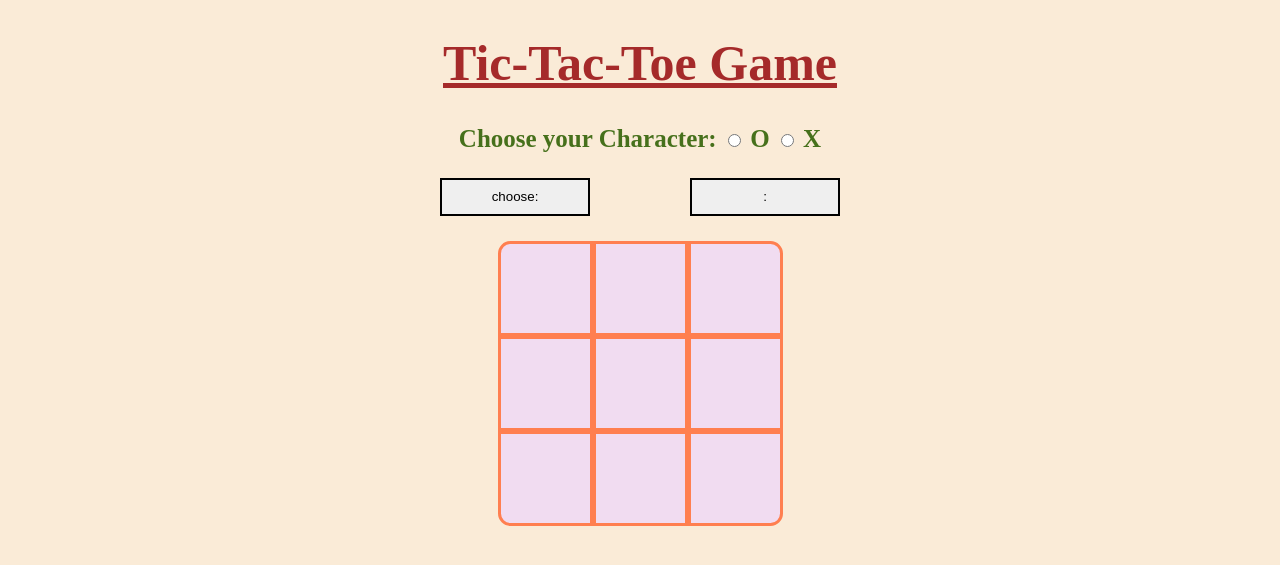
Repository: 0101chaitanya/Tic-Tac-Toe
Page: index.html
The author's editor kept a copy of each file at every save. The page is drawn from the files as they stood at one save, then again after the next save.
The browser window is 1280 px wide. The pictures show the whole page.

Above is the page before, as saved 2021-06-12 13:57:27.

### index.html
<!DOCTYPE html>
<html>

<head>
    <meta charset="utf-8">
    <title>Tic-Tac-Toe Game</title>
    <meta name="viewport" content="width=device-width, initial-scale=1">

    <link rel="stylesheet" href="styles.css">
</head>

<body>
    <div id='block1'>
        <h1 id="heading">Tic-Tac-Toe Game</h1>
        <form id='form'>
            Choose your Character:
            <input value="O" name="radio" onclick="eventFun.setUser(this)" type="radio">
            <label for="O">O</label>
            <input value="X" name="radio" onclick="eventFun.setUser(this)" type="radio">
            <label for="X">X</label>

        </form>
        <div id="player">
            <button id='p1' type='text' placeholder='Player1'>choose:
                <button id='p2' type='text' placeholder='Player2'>:
        </div>

        <form id="gameSquare">
            <section id="row1">
                <div id="r1Column1"></div>
                <div id="rlColumn2"></div>
                <div id="rlColumn3"></div>
            </section>
            <section id="row2">
                <div id="r2Column1"></div>
                <div id="r2Column2"></div>
                <div id="r2Column3"></div>
            </section>
            <section id="row3">
                <div id="r3Column1"></div>
                <div id="r3Column2"></div>
                <div id="r3Column3"></div>
            </section>
        </form>
    </div>
    <div id="ResultBox">
        <span id="closebtn">&times;</span>
        <strong id="resultOut"></strong>
    </div>

</body>
<script type="text/javascript" src="script.js"></script>

</html>

### styles.css
:root {
    text-align: center;
    font-weight: bold;
}

* {
    box-sizing: border-box;
}

@media screen and (max-width: 400px) {
     :root {
        font-size: 14px;
    }
}

@media screen and (min-width: 401px) and (max-width: 700px) {
     :root {
        font-size: 18px;
    }
}

@media screen and (min-width: 701px) {
     :root {
        font-size: 25px;
    }
}

body {
    color: rgb(70, 112, 27);
    background: antiquewhite;
    font-weight: bold;
}

h1 {
    color: brown;
    text-decoration: underline;
    text-decoration-style: solid;
}

label>input {
    color: red;
    border: 1px solid;
}

#player {
    margin: 1rem auto 1rem auto;
    display: flexbo;
}

#player>button {
    margin: auto 2rem auto 2rem;
    width: 6rem;
    height: 1.5rem;
    border: 0.1rem solid;
}

#gameSquare {
    width: min-content;
    height: min-content;
    display: block;
    margin: auto;
}

#gameSquare>section:nth-child(n) {
    /* border-style: solid;
     */
    width: min-content;
    height: min-content;
    display: flex;
    justify-content: center;
    align-items: center;
}

#gameSquare>section:nth-child(n)>div:nth-child(n) {
    display: flex;
    margin: auto;
    width: 3.8rem;
    height: 3.8rem;
    border-style: solid;
    border-width: 0.15rem;
    justify-content: center;
    align-items: center;
    font-size: 1.8rem;
    color: coral;
    background-color: rgb(241, 220, 241);
}

#gameSquare>section:nth-child(1)>div:nth-child(1) {
    border-top-left-radius: 0.5rem;
}

#gameSquare>section:nth-child(1)>div:nth-child(3) {
    border-top-right-radius: 0.5rem;
}

#gameSquare>section:nth-child(3)>div:nth-child(1) {
    border-bottom-left-radius: 0.5rem;
}

#gameSquare>section:nth-child(3)>div:nth-child(3) {
    border-bottom-right-radius: 0.5rem;
}

#ResultBox {
    height: fit-content;
    width: 13rem;
    display: none;
    margin-left: auto;
    margin-right: auto;
    margin-top: 3rem;
    position: relative;
    top: -12rem;
    border-color: rgb(162, 162, 192);
    background-color: rgb(15, 44, 138);
    color: white;
    opacity: 1;
    transition: opacity 0.6s;
    margin-bottom: 15px;
    border-radius: 1rem;
    padding: 1rem;
    text-align: center;
}

#resultOut {
    color: #f0e0e4;
    font-weight: bold;
}

#closebtn {
    margin-left: 15px;
    color: white;
    font-weight: bold;
    float: right;
    font-size: 22px;
    line-height: 20px;
    cursor: pointer;
    transition: 0.3s;
}

#closebtn:hover {
    color: rgb(38, 170, 82);
}

#player>div:nth-child(1)>input {
    color: aqua;
}

### script.js
"use strict";

let eventFun = (function() {
    let user1Selection, user2Selection, runningCharacter;
    document.getElementById('p1').textContent += ` `;
    document.getElementById('p2').textContent += ` `;

    let runningNumber,
        result;
    let newArray;
    let count;

    let horizontalArray;
    let verticalArray;
    let diagonalArray;
    let array;


    function setUser(given) {
        localStorage.setItem("user1", given.value);

        document.querySelector(`#form`).submit();
    }

    function init() {
        runningNumber = 0;
        user1Selection = localStorage.getItem("user1");
        user2Selection =
            user1Selection != null ? (user1Selection === "X" ? "O" : "X") : null;
        runningCharacter = user1Selection;

        document.getElementById('p1').textContent += ` ` + user1Selection || ' ';
        document.getElementById('p2').textContent += ` ` + user2Selection || ' ';
        array = Array.from(
            document.getElementById("gameSquare").querySelectorAll("div")
        );
        newArray = Array(array.length).fill();
        count = 0;

        horizontalArray = undefined;
        verticalArray = undefined;
        diagonalArray = undefined;
        eventListen();
    }

    if (localStorage.getItem("user1") !== null) {
        init();
    }


    function switchRunChar() {
        runningCharacter = runningCharacter === "O" ? "X" : "O";
        runningNumber = runningNumber === 0 ? 1 : 0;
    }

    function arrayCreator(index, incrementer) {
        return [
            newArray[index],
            newArray[index + incrementer],
            newArray[index + 2 * incrementer],
        ];
    }

    function parser(arrayInput) {
        let arr = arrayInput.map((item, index) => {
            let res = item.reduce((stack, item) => {
                stack += item;
                return stack;
            });
            return res;
        });
        return arr;
    }

    function send(input) {
        let block1 = document.getElementById('block1');
        block1.style.filter = 'blur(0.5rem)';
        document.getElementById('ResultBox').style.display = 'block';
        document.getElementById('resultOut').textContent = input;
        let close = document.getElementById('closebtn');
        close.onclick = function() {
            localStorage.clear();
            //  init();
            document.getElementById('gameSquare').submit();
            let div = this.parentElement;
            div.style.opacity = '0';
            setTimeout(function() {
                document.getElementById('ResultBox').style.display = 'none';
                block1.style.filter = 'blur(0.0rem)';

            }, 60);
        };

    }

    function check(input) {
        input.forEach((item) => {
            if (item === 3) {
                result = item;
                send("Player 2 won");
            } else if (item === 0) {
                result = item;
                send("Player 1 won");
            }
        });
    }

    function checkWin() {
        horizontalArray = [
            arrayCreator(0, 1),
            arrayCreator(3, 1),
            arrayCreator(6, 1),
        ];
        verticalArray = [
            arrayCreator(0, 3),
            arrayCreator(1, 3),
            arrayCreator(2, 3),
        ];
        diagonalArray = [arrayCreator(0, 4), arrayCreator(2, 2)];

        let horizontalParsed = parser(horizontalArray);
        let verticalParsed = parser(verticalArray);

        let diagonalParsed = parser(diagonalArray);
        check(horizontalParsed);
        check(verticalParsed);
        check(diagonalParsed);

        if (count == 8) {
            console.table(horizontalArray, verticalArray, diagonalArray);
            console.table({
                horizontalParsed: horizontalParsed,
                verticalParsed: verticalParsed,
                diagonalParsed: diagonalParsed,
            });
            console.table(newArray);
            if (result == undefined) {
                send("draw");
            }
        }
    }

    let setOutput = function(e, index) {
        e.target.textContent = runningCharacter;
        e.target.removeEventListener("click", (e) => setOutput(e));
        newArray.splice(index, 1, runningNumber);
        switchRunChar();
        checkWin();

        count++;
    };

    function eventListen() {
        array.forEach((item, index) => {
            item.textContent = "";
            item.addEventListener("click", (e) => setOutput(e, index), { once: true });
        });
    }
    return { setUser };
})();

After the next save:
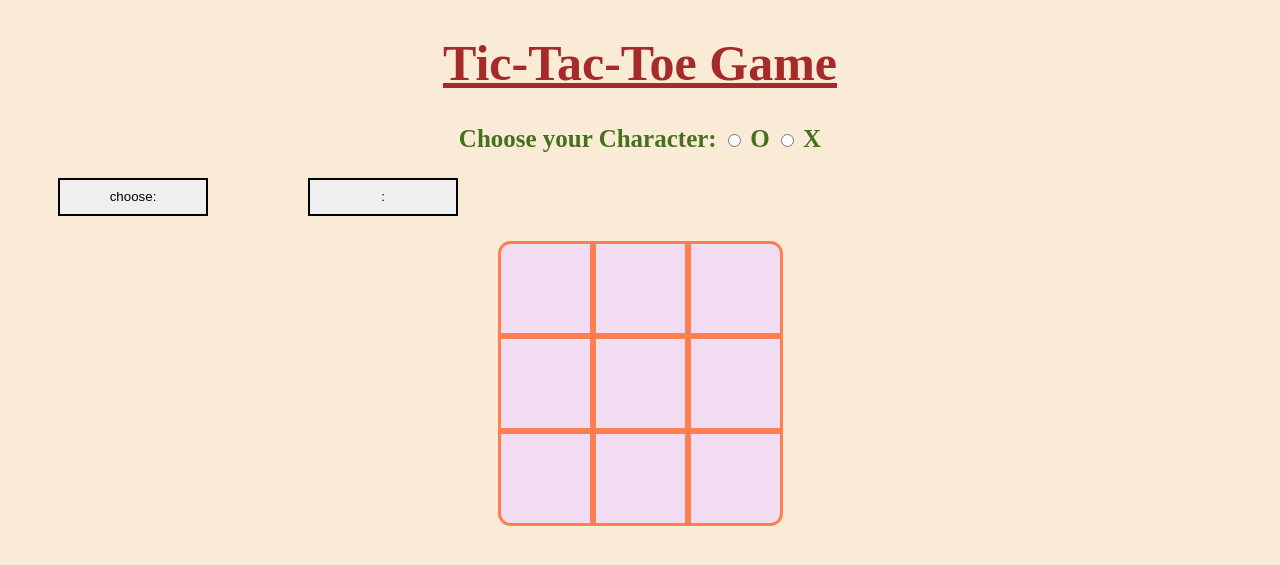
Saved 4 s later.
--- a/styles.css
+++ b/styles.css
@@ -44,7 +44,7 @@
 
 #player {
     margin: 1rem auto 1rem auto;
-    display: flexbo;
+    display: flex;
 }
 
 #player>button {

After the save that followed:
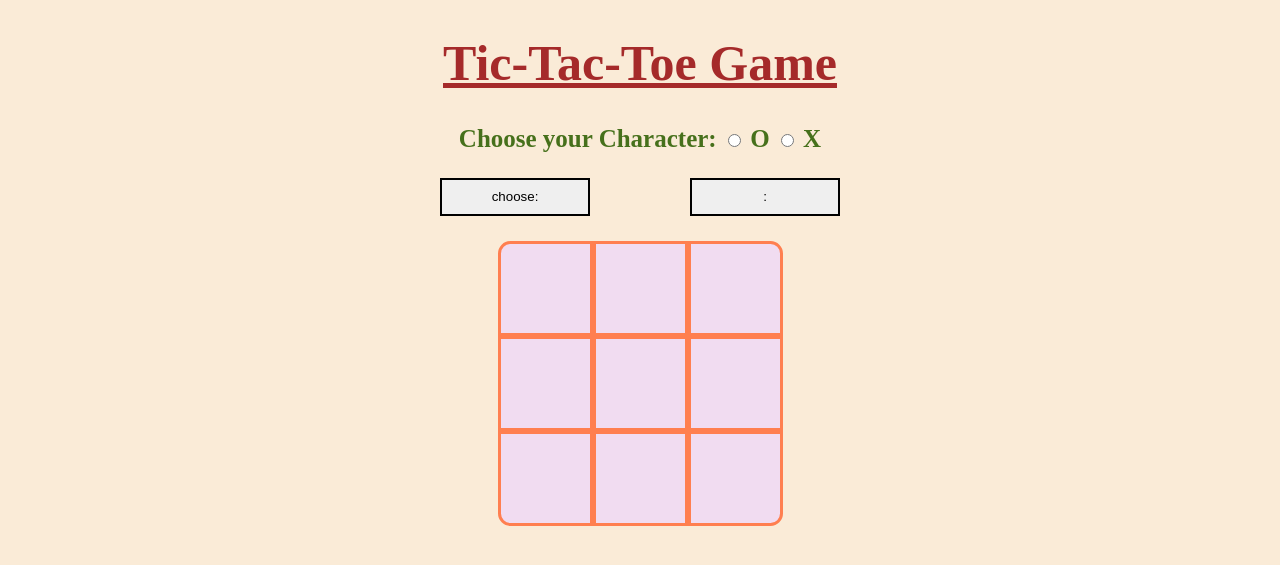
Saved 10 s later.
--- a/styles.css
+++ b/styles.css
@@ -44,7 +44,7 @@
 
 #player {
     margin: 1rem auto 1rem auto;
-    display: flex;
+    display: block;
 }
 
 #player>button {
